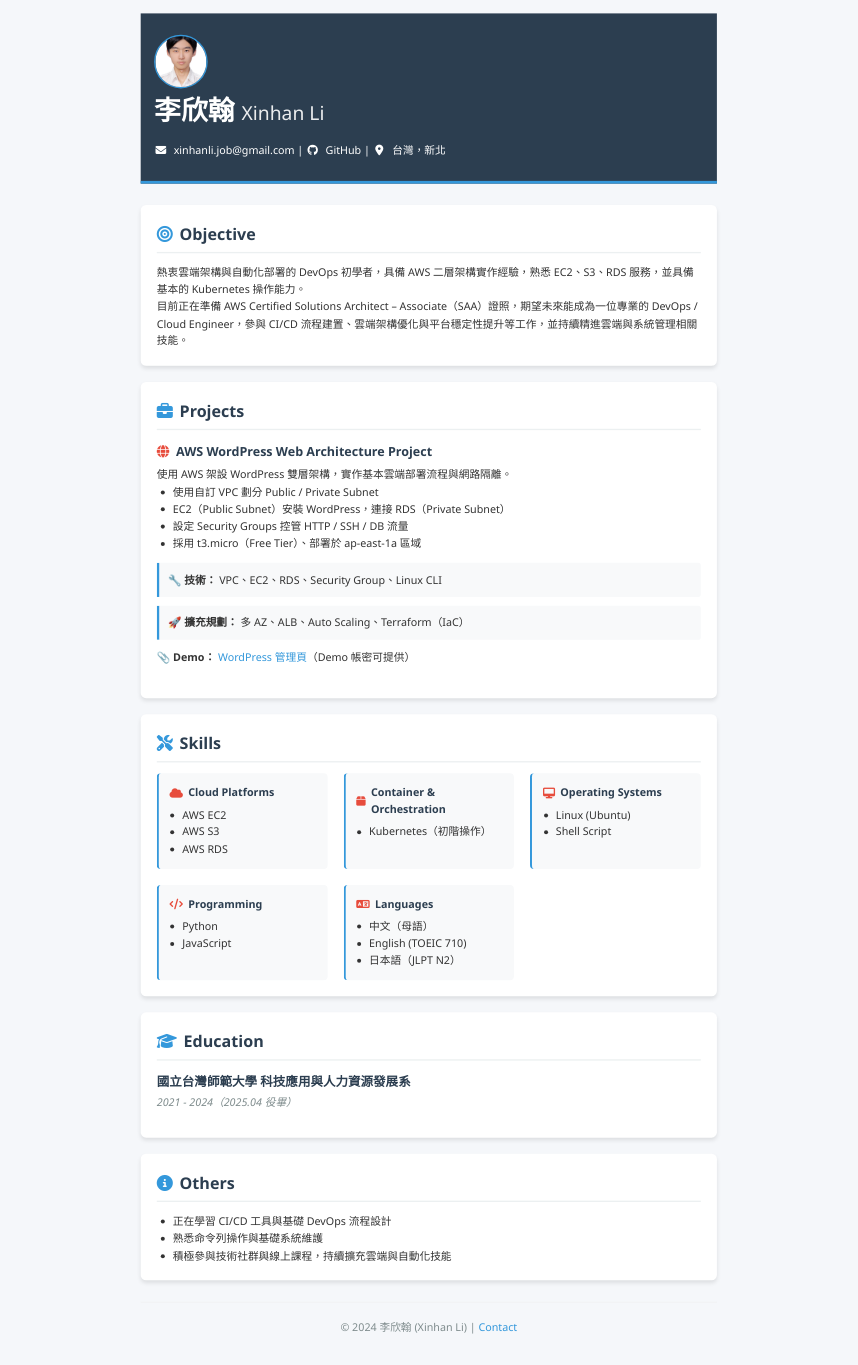
Repository: Graylee0128/aws-tf-ga-personal-website
Page: index.html
An editor plug-in stored every save of this project. The page is shown before and after the next save, followed by the edit.
The browser window is 1280 px wide. The pictures show the whole page, at 67% of full size.

Above is the page before, as saved 2025-04-19 11:25:42.

### index.html
<!DOCTYPE html>
<html lang="zh-TW">
<head>
    <meta charset="UTF-8">
    <meta name="viewport" content="width=device-width, initial-scale=1.0">
    <title>李欣翰 (Xinhan Li) | DevOps & Cloud Engineer</title>
    <link rel="stylesheet" href="styles.css">
    <link rel="stylesheet" href="https://cdnjs.cloudflare.com/ajax/libs/font-awesome/6.4.0/css/all.min.css">
</head>
<body>
    <div class="container">
        <header>
            <div class="header-content">
                <div class="avatar-container" style="width:80px; height:80px;">
                    <img src="/image/head.JPG" alt="大頭" style="width:100%; height:100%; object-fit:cover;">
                </div>
                <h1>李欣翰 <span class="en-name">Xinhan Li</span></h1>
                <div class="contact-info">
                    <p><i class="fas fa-envelope"></i> <a href="mailto:xinhanli.job@gmail.com">xinhanli.job@gmail.com</a> |
                    <i class="fab fa-github"></i> <a href="https://github.com/yourusername" target="_blank">GitHub</a> |
                    <i class="fas fa-map-marker-alt"></i> 台灣，新北</p>
                </div>
            </div>
        </header>

        <main>
            <section class="card">
                <h2><i class="fas fa-bullseye"></i> Objective</h2>
                <p>熱衷雲端架構與自動化部署的 DevOps 初學者，具備 AWS 二層架構實作經驗，熟悉 EC2、S3、RDS 服務，並具備基本的 Kubernetes 操作能力。</p>
                <p>目前正在準備 AWS Certified Solutions Architect – Associate（SAA）證照，期望未來能成為一位專業的 DevOps / Cloud Engineer，參與 CI/CD 流程建置、雲端架構優化與平台穩定性提升等工作，並持續精進雲端與系統管理相關技能。</p>
            </section>

            <section class="card">
                <h2><i class="fas fa-briefcase"></i> Projects</h2>

                <div class="project">
                    <h3><i class="fas fa-globe"></i> AWS WordPress Web Architecture Project</h3>
                    <p>使用 AWS 架設 WordPress 雙層架構，實作基本雲端部署流程與網路隔離。</p>
                    <ul>
                        <li>使用自訂 VPC 劃分 Public / Private Subnet</li>
                        <li>EC2（Public Subnet）安裝 WordPress，連接 RDS（Private Subnet）</li>
                        <li>設定 Security Groups 控管 HTTP / SSH / DB 流量</li>
                        <li>採用 t3.micro（Free Tier）、部署於 ap-east-1a 區域</li>
                    </ul>
                    <div class="tech-box">
                        <strong>🔧 技術：</strong> VPC、EC2、RDS、Security Group、Linux CLI
                    </div>
                    <div class="tech-box">
                        <strong>🚀 擴充規劃：</strong> 多 AZ、ALB、Auto Scaling、Terraform（IaC）
                    </div>
                    <div class="demo-link">
                        <strong>📎 Demo：</strong> <a href="http://18.162.194.92/wp-admin/" target="_blank">WordPress 管理頁</a>（Demo 帳密可提供）
                    </div>
                </div>
            </section>

            <section class="card">
                <h2><i class="fas fa-tools"></i> Skills</h2>
                <div class="skills-container">
                    <div class="skill-category">
                        <h4><i class="fas fa-cloud"></i> Cloud Platforms</h4>
                        <ul>
                            <li>AWS EC2</li>
                            <li>AWS S3</li>
                            <li>AWS RDS</li>
                        </ul>
                    </div>
                    <div class="skill-category">
                        <h4><i class="fas fa-box"></i> Container & Orchestration</h4>
                        <ul>
                            <li>Kubernetes（初階操作）</li>
                        </ul>
                    </div>
                    <div class="skill-category">
                        <h4><i class="fas fa-desktop"></i> Operating Systems</h4>
                        <ul>
                            <li>Linux (Ubuntu)</li>
                            <li>Shell Script</li>
                        </ul>
                    </div>
                    <div class="skill-category">
                        <h4><i class="fas fa-code"></i> Programming</h4>
                        <ul>
                            <li>Python</li>
                            <li>JavaScript</li>
                        </ul>
                    </div>
                    <div class="skill-category">
                        <h4><i class="fas fa-language"></i> Languages</h4>
                        <ul>
                            <li>中文（母語）</li>
                            <li>English (TOEIC 710)</li>
                            <li>日本語（JLPT N2）</li>
                        </ul>
                    </div>
                </div>
            </section>

            <section class="card">
                <h2><i class="fas fa-graduation-cap"></i> Education</h2>
                <div class="education-item">
                    <h3>國立台灣師範大學 科技應用與人力資源發展系</h3>
                    <p class="date">2021 - 2024（2025.04 役畢）</p>
                </div>
            </section>

            <section class="card">
                <h2><i class="fas fa-info-circle"></i> Others</h2>
                <ul class="others-list">
                    <li>正在學習 CI/CD 工具與基礎 DevOps 流程設計</li>
                    <li>熟悉命令列操作與基礎系統維護</li>
                    <li>積極參與技術社群與線上課程，持續擴充雲端與自動化技能</li>
                </ul>
            </section>
        </main>

        <footer>
            <p>© 2024 李欣翰 (Xinhan Li) | <a href="mailto:xinhanli.job@gmail.com">Contact</a></p>
        </footer>
    </div>
</body>
</html>

### styles/styles.css
/* Base Styles */
:root {
    --primary-color: #3498db;
    --secondary-color: #2c3e50;
    --accent-color: #e74c3c;
    --light-color: #ecf0f1;
    --dark-color: #2c3e50;
    --text-color: #333;
    --text-light: #7f8c8d;
    --card-shadow: 0 4px 6px rgba(0, 0, 0, 0.1);
    --transition: all 0.3s ease;
}

* {
    margin: 0;
    padding: 0;
    box-sizing: border-box;
}

body {
    font-family: 'Segoe UI', Tahoma, Geneva, Verdana, sans-serif;
    line-height: 1.6;
    color: var(--text-color);
    background-color: #f5f7fa;
    padding: 0;
    margin: 0;
}

.container {
    max-width: 900px;
    margin: 0 auto;
    padding: 20px;
}

/* Header Styles */
header {
    background-color: var(--secondary-color);
    color: white;
    padding: 2rem 0;
    margin-bottom: 2rem;
    border-bottom: 4px solid var(--primary-color);
}

.header-content {
    max-width: 900px;
    margin: 0 auto;
    padding: 0 20px;
}

h1 {
    font-size: 2.5rem;
    margin-bottom: 0.5rem;
}

.en-name {
    font-weight: normal;
    font-size: 1.8rem;
    opacity: 0.9;
}

.contact-info {
    margin-top: 1rem;
}

.contact-info a {
    color: white;
    text-decoration: none;
    transition: var(--transition);
}

.contact-info a:hover {
    color: var(--primary-color);
}

.contact-info i {
    margin-right: 5px;
    width: 20px;
    text-align: center;
}

/* Card Styles */
.card {
    background: white;
    border-radius: 8px;
    padding: 1.5rem;
    margin-bottom: 1.5rem;
    box-shadow: var(--card-shadow);
    transition: var(--transition);
}

.card:hover {
    transform: translateY(-5px);
    box-shadow: 0 10px 20px rgba(0, 0, 0, 0.1);
}

.card h2 {
    color: var(--secondary-color);
    margin-bottom: 1rem;
    padding-bottom: 0.5rem;
    border-bottom: 2px solid var(--light-color);
    display: flex;
    align-items: center;
}

.card h2 i {
    margin-right: 10px;
    color: var(--primary-color);
}

/* Project Styles */
.project {
    margin-bottom: 1.5rem;
}

.project h3 {
    color: var(--dark-color);
    margin-bottom: 0.5rem;
    display: flex;
    align-items: center;
}

.project h3 i {
    margin-right: 10px;
    color: var(--accent-color);
}

.project ul {
    margin-left: 1.5rem;
    margin-bottom: 1rem;
}

.tech-box {
    background-color: #f8f9fa;
    border-left: 4px solid var(--primary-color);
    padding: 0.8rem;
    margin: 0.8rem 0;
    border-radius: 0 4px 4px 0;
}

.demo-link {
    margin-top: 0.8rem;
}

.demo-link a {
    color: var(--primary-color);
    text-decoration: none;
    font-weight: 500;
}

.demo-link a:hover {
    text-decoration: underline;
}

/* Skills Styles */
.skills-container {
    display: grid;
    grid-template-columns: repeat(auto-fill, minmax(200px, 1fr));
    gap: 1.5rem;
    margin-top: 1rem;
}

.skill-category {
    background-color: #f8f9fa;
    padding: 1rem;
    border-radius: 6px;
    border-left: 3px solid var(--primary-color);
}

.skill-category h4 {
    color: var(--secondary-color);
    margin-bottom: 0.5rem;
    display: flex;
    align-items: center;
}

.skill-category h4 i {
    margin-right: 8px;
    color: var(--accent-color);
}

.skill-category ul {
    margin-left: 1.2rem;
}

/* Education Styles */
.education-item {
    margin-bottom: 1rem;
}

.education-item h3 {
    color: var(--dark-color);
    margin-bottom: 0.2rem;
}

.date {
    color: var(--text-light);
    font-style: italic;
}

/* Others Styles */
.others-list {
    margin-left: 1.5rem;
}

/* Footer Styles */
footer {
    text-align: center;
    padding: 1.5rem 0;
    margin-top: 2rem;
    color: var(--text-light);
    border-top: 1px solid #eee;
}

footer a {
    color: var(--primary-color);
    text-decoration: none;
}

footer a:hover {
    text-decoration: underline;
}

/* Responsive Design */
@media (max-width: 768px) {
    .skills-container {
        grid-template-columns: 1fr;
    }

    h1 {
        font-size: 2rem;
    }

    .en-name {
        font-size: 1.4rem;
    }

    .header-content, .container {
        padding: 0 15px;
    }
}

@media (max-width: 480px) {
    .contact-info p {
        font-size: 0.9rem;
    }
}

/* 添加到您的styles.css文件 */
.avatar-container {
    width: 80px;      /* 調小這個值縮小頭像 */
    height: 80px;     /* 保持與width相同 */
    border-radius: 50%;
    overflow: hidden;
    border: 2px solid #3498db; /* 變細邊框 */
}

.profile-avatar {
    width: 100%;
    height: 100%;
    object-fit: cover;
}

After the next save:
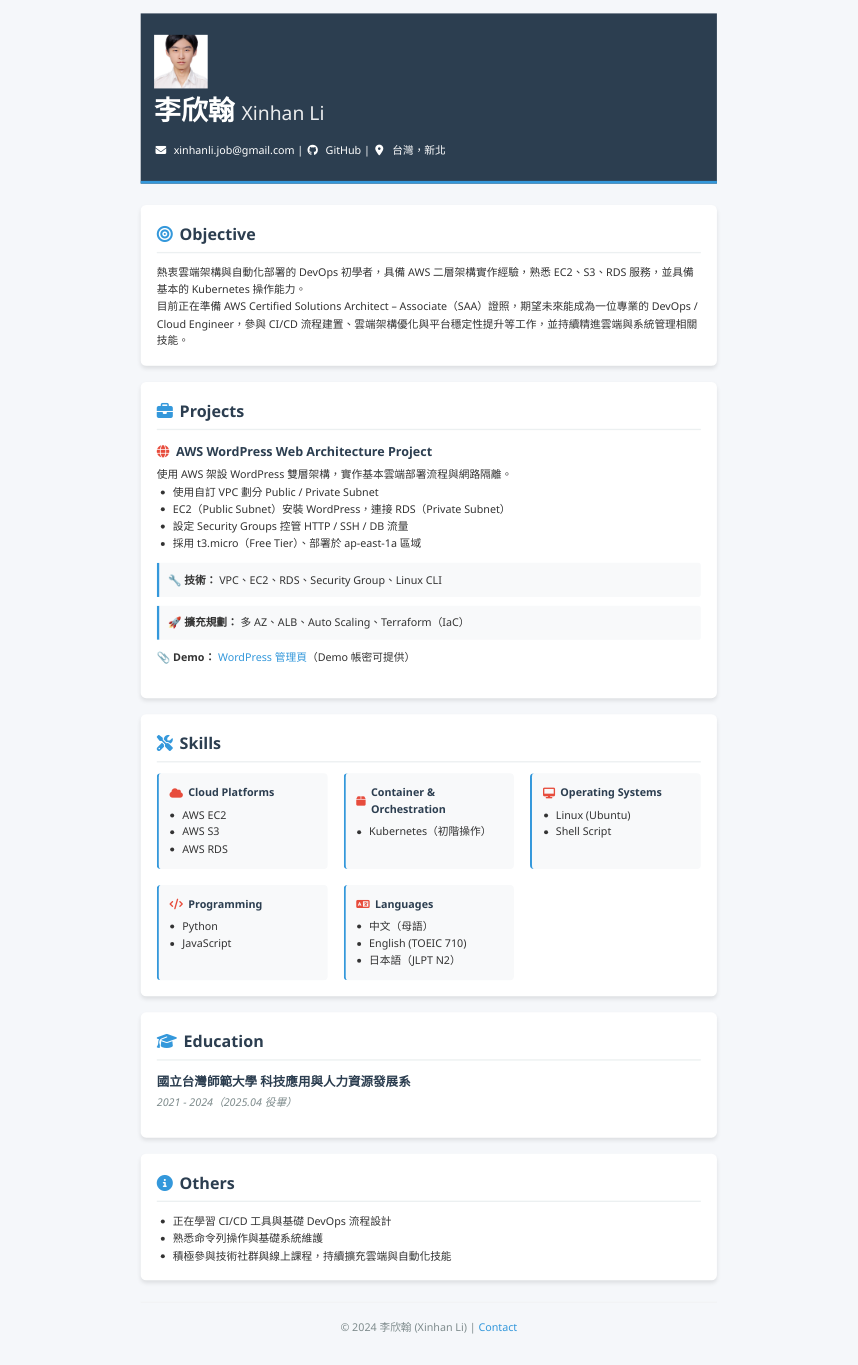
Saved 19 s later.
--- a/styles/styles.css
+++ b/styles/styles.css
@@ -244,18 +244,3 @@
         font-size: 0.9rem;
     }
 }
-
-/* 添加到您的styles.css文件 */
-.avatar-container {
-    width: 80px;      /* 調小這個值縮小頭像 */
-    height: 80px;     /* 保持與width相同 */
-    border-radius: 50%;
-    overflow: hidden;
-    border: 2px solid #3498db; /* 變細邊框 */
-}
-
-.profile-avatar {
-    width: 100%;
-    height: 100%;
-    object-fit: cover;
-}
